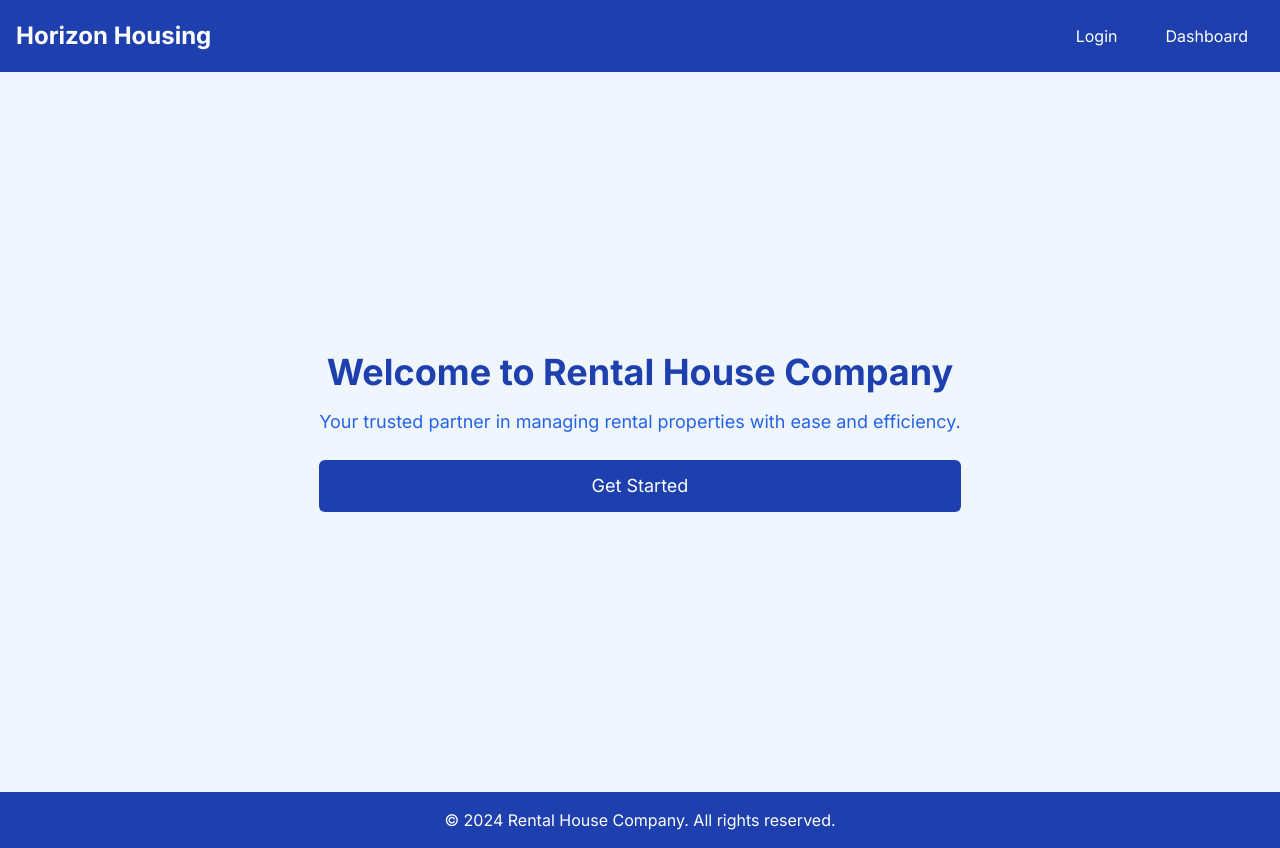
Repository: NassimeElkamari/Horizon-Housing
Page: /
These files come from the project's save history. The page is drawn as it stood at one moment and after the next save; the edit follows.
The browser window is 1280 px wide. The pictures show the whole page.
The project was rebuilt for these pictures with package versions that can differ from the ones it lists, and the page was loaded fresh each time. The framework's server and built-in components were replaced by stand-ins that run in the browser. Also part of the build but not shown: next.config.mjs.

Above is the page before, as saved 2024-08-28 21:24:44.

After the next save:
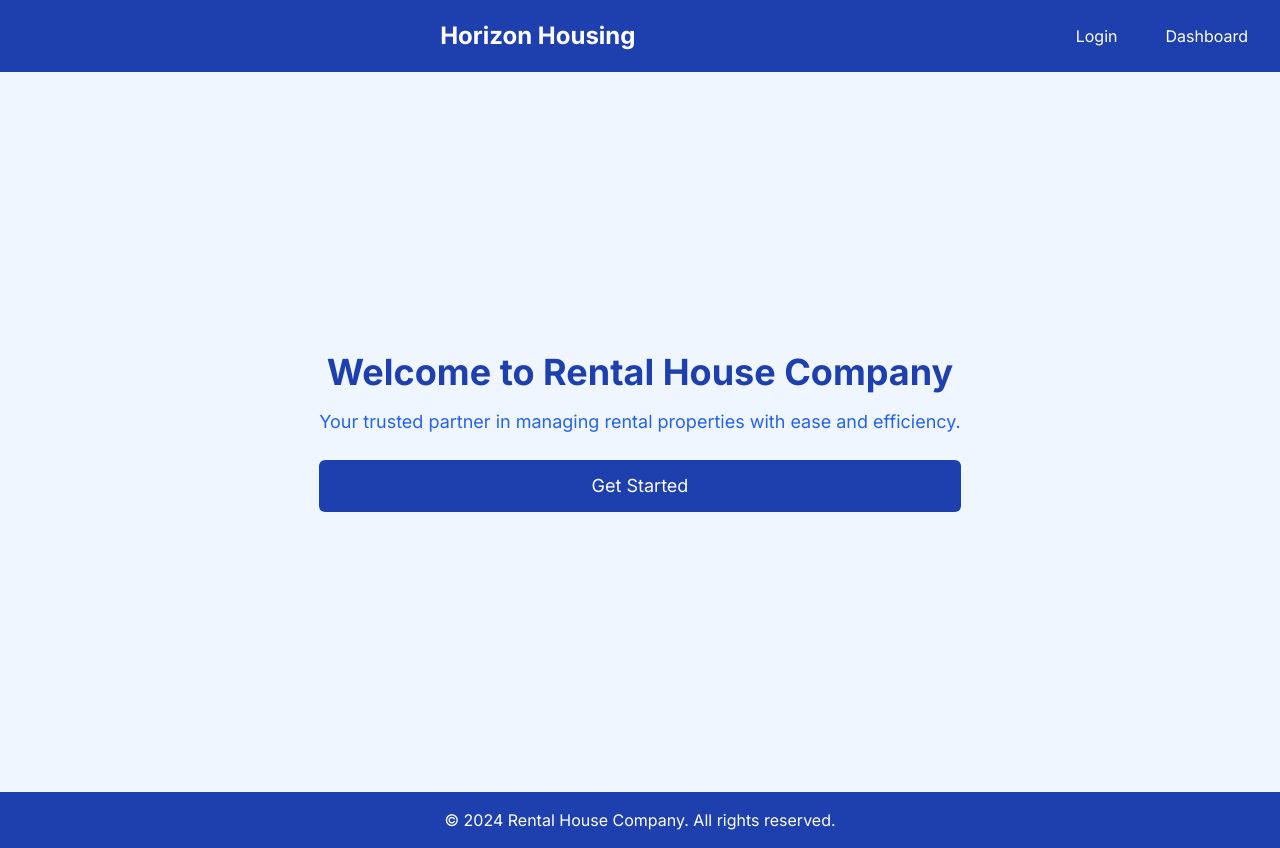
Saved 3 min 38 s later.
--- a/src/app/page.tsx
+++ b/src/app/page.tsx
@@ -5,6 +5,7 @@ const HomePage = () => {
     <div className="min-h-screen bg-gray-100">
       <header className="bg-blue-800 text-white p-4">
         <div className="container mx-auto flex justify-between items-center">
+          <img src="" alt="" />
           <h1 className="text-2xl font-bold">Horizon Housing</h1>
           <nav>
             <ul className="flex space-x-4">
